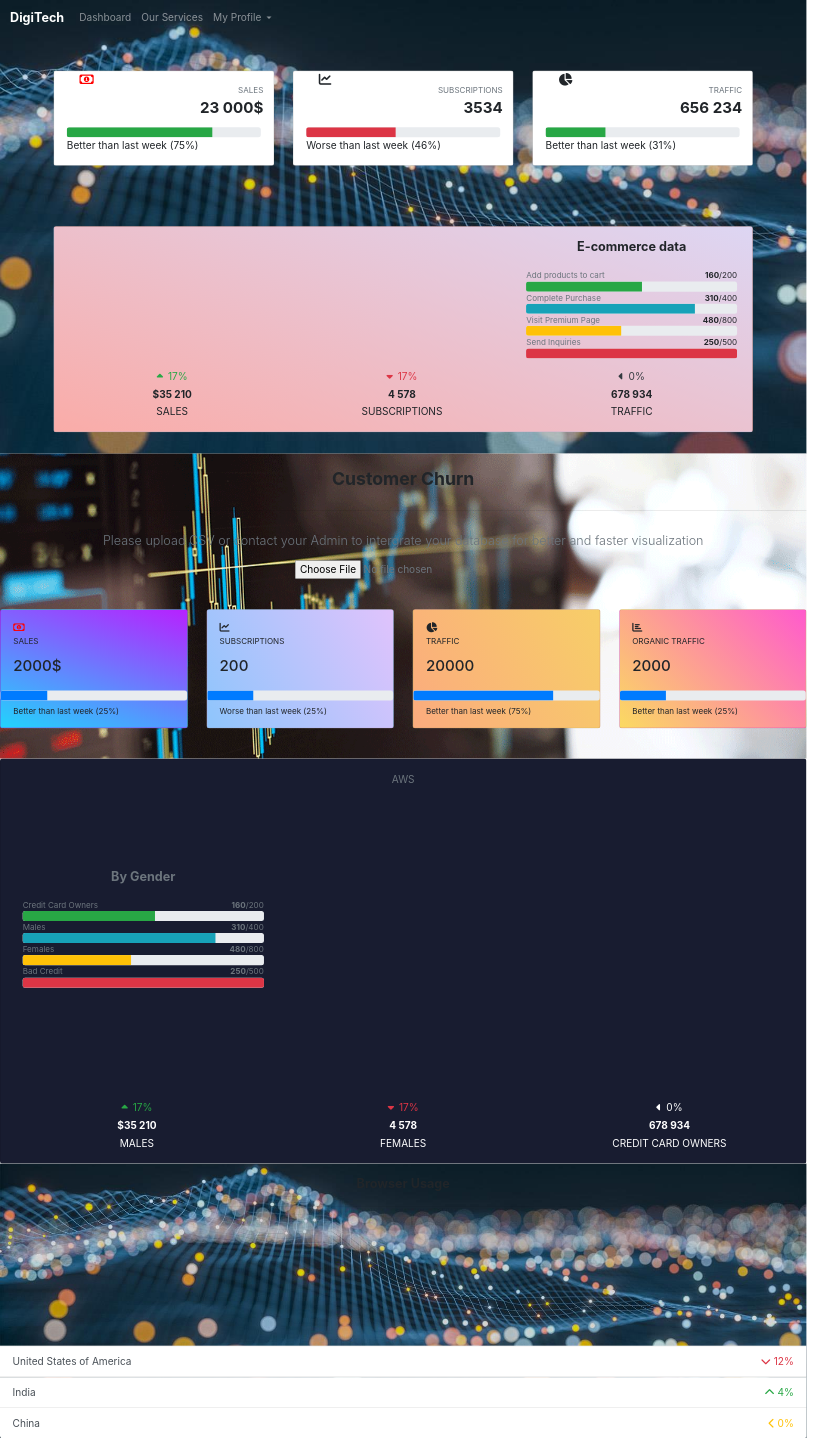
Repository: Tookliin/DigiTech
Page: /data
These files come from the project's save history. The page is drawn as it stood at one moment and after the next save; the edit follows.
The browser window is 1280 px wide. The page is 1295 px wide, so the pictures cover 1295 px, including what lies to the right of the window. The pictures show the whole page, at 63% of full size.
The project was rebuilt for these pictures with package versions that can differ from the ones it lists, and the page was loaded fresh each time. Also part of the build but not shown: src/components/Dashboard.vue, src/components/Profile.vue, src/components/Error.vue, src/components/Register.vue.

Above is the page before, as saved 2020-07-22 08:52:35.

### src/main.js
import Vue from 'vue';
import App from './App.vue';
import VueRouter from 'vue-router';
// import 'bootstrap-icons';
// import 'bootstrap-icons/icons';
import 'jquery';
import 'popper.js';
import 'bootstrap';
import 'bootstrap/dist/css/bootstrap.min.css';
import './assets/css/main.css';
import '@fortawesome/fontawesome-free/css/all.min.css';
import 'bootstrap-css-only/css/bootstrap.min.css';
import Dashboard from './components/Dashboard.vue';
import Profile from './components/Profile';
import Error from './components/Error.vue';
import Register from './components/Register.vue';
import Organization from './components/Organization.vue';

Vue.use(VueRouter);
Vue.config.productionTip = false

const router = new VueRouter({
routes: [
  {path: '/', component: Dashboard},
  {path: '/profile', component: Profile},
  {path: '/register', component: Register},
  {path: '/data', component: Organization},
  {path: '*', component: Error}
],
mode: 'history'
});
new Vue({
  router,
  render: h => h(App)
}).$mount('#app');

### src/App.vue
<template>
  <div id="app">
    <main class="">
  <nav class="navbar fixed-top navbar-expand-lg navbar-dark scrolling-navbar">
        <a class="navbar-brand" href="/"><strong>DigiTech</strong></a>
        <button class="navbar-toggler" type="button" data-toggle="collapse" data-target="#navbarSupportedContent" aria-controls="navbarSupportedContent" aria-expanded="false" aria-label="Toggle navigation">
            <span class="navbar-toggler-icon"></span>
        </button>
        <div class="collapse navbar-collapse" id="navbarSupportedContent">
            <ul class="navbar-nav mr-auto">
              <router-link to="/">
              <a class="nav-link">Dashboard <span class="sr-only">(current)</span></a></router-link>

                <router-link to="/profile">
                  <a class="nav-link" >Our Services</a>
                </router-link>


                 <li class="nav-item dropdown">
          <a class="nav-link dropdown-toggle" id="navbarDropdownMenuLink-4" data-toggle="dropdown" aria-haspopup="true"
            aria-expanded="false">
           My Profile
          </a>
          <div class="dropdown-menu dropdown-menu-right dropdown-info" aria-labelledby="navbarDropdownMenuLink-4">
             <router-link to="/data">
             <a class="dropdown-item">Account</a></router-link>

             <router-link to="/register">
             <a class="dropdown-item">Register</a></router-link>

             <router-link to="/logout">
             <a class="dropdown-item">Log out</a></router-link>



            <!-- <a class="dropdown-item" href="/data">Our Clients</a> -->
          </div>
        </li>
            </ul>
        </div>
    </nav>
    </main>
    <router-view/>
  </div>
</template>
<script>
export default {
  name: "App",
  components:{

  },
  data(){
    return{}
  }
}
</script>

### src/assets/css/main.css
html,
body,
header,
.view {
  height: 100%;
}

.navbar {
    background-color: transparent;
}

@media (max-width: 740px) {
  html,
  body,
  header,
  .view {
    height: 1200px;
  }
}
@media (min-width: 800px) and (max-width: 850px) {
  html,
  body,
  header,
  .view {
    height: 700px;
  }
}

.top-nav-collapse {
  background-color: #39448c !important;
}

.navbar:not(.top-nav-collapse) {
  background: transparent !important;
}

@media (max-width: 991px) {
 .navbar:not(.top-nav-collapse) {
  background: #39448c !important;
 }
}

.far{
    color: red;
}

.dashboard{
    background-color: #21D4FD;
background-image: -webkit-linear-gradient(19deg, #21D4FD 0%, #B721FF 100%);
background-image: -moz-linear-gradient(19deg, #21D4FD 0%, #B721FF 100%);
background-image: -o-linear-gradient(19deg, #21D4FD 0%, #B721FF 100%);
background-image: linear-gradient(19deg, #21D4FD 0%, #B721FF 100%);
}

.profile{
background-color: #D9AFD9;
background-image: -webkit-linear-gradient(0deg, #D9AFD9 0%, #97D9E1 100%);
background-image: -moz-linear-gradient(0deg, #D9AFD9 0%, #97D9E1 100%);
background-image: -o-linear-gradient(0deg, #D9AFD9 0%, #97D9E1 100%);
background-image: linear-gradient(0deg, #D9AFD9 0%, #97D9E1 100%);

}


 .data{
    /* background-color: #FAACA8;
background-image: -webkit-linear-gradient(19deg, #FAACA8 0%, #DDD6F3 100%);
background-image: -moz-linear-gradient(19deg, #FAACA8 0%, #DDD6F3 100%);
background-image: -o-linear-gradient(19deg, #FAACA8 0%, #DDD6F3 100%);
background-image: linear-gradient(19deg, #FAACA8 0%, #DDD6F3 100%); */
background-image: url("../images/dsa.jpg");
background-position: center;
background-size: cover;;

 }

 .client-card{
     background-color: #FAACA8;
background-image: -webkit-linear-gradient(19deg, #FAACA8 0%, #DDD6F3 100%);
background-image: -moz-linear-gradient(19deg, #FAACA8 0%, #DDD6F3 100%);
background-image: -o-linear-gradient(19deg, #FAACA8 0%, #DDD6F3 100%);
background-image: linear-gradient(19deg, #FAACA8 0%, #DDD6F3 100%);
 }

 .customer-churn{
     /* background-attachment: fixed; */
     background-image: url("../images/ad.gif");
     background-position: center;
     background-size: cover;;
 }
.sales{
    background-color: #21D4FD;
    background-image: -webkit-linear-gradient(19deg, #21D4FD 0%, #B721FF 100%);
    background-image: -moz-linear-gradient(19deg, #21D4FD 0%, #B721FF 100%);
    background-image: -o-linear-gradient(19deg, #21D4FD 0%, #B721FF 100%);
    background-image: linear-gradient(19deg, #21D4FD 0%, #B721FF 100%);
}

.subscription{
    background-color: #8EC5FC;
    background-image: -webkit-linear-gradient(62deg, #8EC5FC 0%, #E0C3FC 100%);
    background-image: -moz-linear-gradient(62deg, #8EC5FC 0%, #E0C3FC 100%);
    background-image: -o-linear-gradient(62deg, #8EC5FC 0%, #E0C3FC 100%);
    background-image: linear-gradient(62deg, #8EC5FC 0%, #E0C3FC 100%);

}

.traffic{
    background-color: #FBAB7E;
    background-image: -webkit-linear-gradient(62deg, #FBAB7E 0%, #F7CE68 100%);
    background-image: -moz-linear-gradient(62deg, #FBAB7E 0%, #F7CE68 100%);
    background-image: -o-linear-gradient(62deg, #FBAB7E 0%, #F7CE68 100%);
    background-image: linear-gradient(62deg, #FBAB7E 0%, #F7CE68 100%);

}

.organic{
    background-color: #FBDA61;
    background-image: -webkit-linear-gradient(45deg, #FBDA61 0%, #FF5ACD 100%);
    background-image: -moz-linear-gradient(45deg, #FBDA61 0%, #FF5ACD 100%);
    background-image: -o-linear-gradient(45deg, #FBDA61 0%, #FF5ACD 100%);
    background-image: linear-gradient(45deg, #FBDA61 0%, #FF5ACD 100%);

}

### src/components/Organization.vue
<template>

<div class="">
<div class="data" style="height: 100vh;">

<div class="container ">
    <div class="row">
      <div class="col-lg-4 col-md-12 py-5 my-5">
        <div class="card mt-3">

          <div class="">
            <i class="far fa-money-bill-alt fa-lg primary-color z-depth-2 p-4 ml-3 mt-n3 rounded text-black"></i>
            <div class="float-right text-right p-3">
              <p class="text-uppercase text-muted mb-1"><small>sales</small></p>
              <h4 class="font-weight-bold mb-0">23 000$</h4>
            </div>
          </div>

          <div class="card-body pt-0">
            <div class="progress md-progress">
              <div class="progress-bar bg-success" role="progressbar" style="width: 75%" aria-valuenow="75" aria-valuemin="0"
                aria-valuemax="100"></div>
            </div>
            <p class="card-text">Better than last week (75%)</p>
          </div>
        </div>
      </div>

      <div class="col-lg-4 col-md-6 my-5 py-5">
        <div class="card mt-3">
          <div class="">
            <i class="fas fa-chart-line fa-lg teal z-depth-2 p-4 ml-3 mt-n3 rounded text-black"></i>
            <div class="float-right text-right p-3">
              <p class="text-uppercase text-muted mb-1"><small>subscriptions</small></p>
              <h4 class="font-weight-bold mb-0">3534</h4>
            </div>
          </div>
          <div class="card-body pt-0">
            <div class="progress md-progress">
              <div class="progress-bar bg-danger" role="progressbar" style="width: 46%" aria-valuenow="46" aria-valuemin="0"
                aria-valuemax="100"></div>
            </div>
            <p class="card-text">Worse than last week (46%)</p>
          </div>
        </div>
      </div>

      <div class="col-lg-4 col-md-6 my-5 py-5">
        <div class="card mt-3">
          <div class="">
            <i class="fas fa-chart-pie fa-lg purple z-depth-2 p-4 ml-3 mt-n3 rounded text-black"></i>
            <div class="float-right text-right p-3">
              <p class="text-uppercase text-muted mb-1"><small>traffic</small></p>
              <h4 class="font-weight-bold mb-0">656 234</h4>
            </div>
          </div>
          <div class="card-body pt-0">
            <div class="progress md-progress">
              <div class="progress-bar bg-success" role="progressbar" style="width: 31%" aria-valuenow="31" aria-valuemin="0"
                aria-valuemax="100"></div>
            </div>
            <p class="card-text">Better than last week (31%)</p>
          </div>
        </div>
      </div>
    </div>


    <!-- Client Behaviour -->
 <section>
      <div class=" client-card card">
        <div class="card-body mr-md-1">
          <div class="row mb-3">
            <div class="col-md-8 mb-4">
              <canvas id="barChart" height="100"></canvas>
            </div>
            <div class="col-md-4 mb-1 mb-md-0">
              <h5 class="text-center font-weight-bold mb-4">E-commerce data</h5>
              <div class="d-flex justify-content-between">
                <small class="text-muted">Add products to cart</small>
                <small><span><strong>160</strong></span>/<span></span>200</small>
              </div>
              <div class="progress md-progress">
                <div class="progress-bar bg-success" role="progressbar" style="width: 55%" aria-valuenow="55"
                  aria-valuemin="0" aria-valuemax="100"></div>
              </div>
              <div class="d-flex justify-content-between">
                <small class="text-muted">Complete Purchase</small>
                <small><span><strong>310</strong></span>/<span></span>400</small>
              </div>
              <div class="progress md-progress">
                <div class="progress-bar bg-info" role="progressbar" style="width: 80%" aria-valuenow="80"
                  aria-valuemin="0" aria-valuemax="100"></div>
              </div>
              <div class="d-flex justify-content-between">
                <small class="text-muted">Visit Premium Page</small>
                <small><span><strong>480</strong></span>/<span></span>800</small>
              </div>
              <div class="progress md-progress">
                <div class="progress-bar bg-warning" role="progressbar" style="width: 45%" aria-valuenow="45"
                  aria-valuemin="0" aria-valuemax="100"></div>
              </div>
              <div class="d-flex justify-content-between">
                <small class="text-muted">Send Inquiries</small>
                <small><span><strong>250</strong></span>/<span></span>500</small>
              </div>
              <div class="progress md-progress">
                <div class="progress-bar bg-danger" role="progressbar" style="width: 100%" aria-valuenow="100"
                  aria-valuemin="0" aria-valuemax="100"></div>
              </div>
            </div>
          </div>
          <div class="row text-center">
            <div class="col-md-4 mb-4 mb-md-0">
              <p class="text-success mb-1"><i class="fas fa-caret-up mr-2"></i>17%</p>
              <p class="font-weight-bold mb-1">$35 210</p>
              <p class="text-uppercase mb-md-0">Sales</p>
            </div>
            <div class="col-md-4 mb-4 mb-md-0">
              <p class="text-danger mb-1"><i class="fas fa-caret-down mr-2"></i>17%</p>
              <p class="font-weight-bold mb-1">4 578</p>
              <p class="text-uppercase mb-md-0">Subscriptions</p>
            </div>
            <div class="col-md-4 mb-0">
              <p class="text-dark mb-1"><i class="fas fa-caret-left mr-2"></i>0%</p>
              <p class="font-weight-bold mb-1">678 934</p>
              <p class="text-uppercase mb-0">Traffic</p>
            </div>
          </div>
        </div>
      </div>
    </section>
    </div>
    </div>

<!-- Customer Churn -->
<section class=" customer-churn py-4">

    <h3 class="font-weight-bold text-center dark-grey-text pb-2">
        Customer Churn</h3>
    <hr class="w-header my-4">
    <p class="lead text-center text-muted pt-2 mb-3">Please upload CSV or contact your Admin to intergrate your database for better and faster visualization

    </p>
    <div class="text-center text-muted mb-5">
        <input type="file" name="form" id="form">
        <a class="primary-color"></a>
    </div>


    <div class="row white-text">
      <div class="col-xl-3 col-md-6 mb-4">
        <div class="sales card classic-admin-card primary-color">
          <div class="card-body py-3">
            <i class="far fa-money-bill-alt"></i>
            <p class="small">SALES</p>
            <h4>2000$</h4>
          </div>
          <div class="progress md-progress">
            <div class="progress-bar grey darken-3" role="progressbar" style="width: 25%" aria-valuenow="25" aria-valuemin="0" aria-valuemax="100"></div>
          </div>
          <div class="card-body pt-2 pb-3">
            <p class="small mb-0">Better than last week (25%)</p>
          </div>
        </div>
      </div>

      <div class="col-xl-3 col-md-6 mb-4">
        <div class="subscription card classic-admin-card warning-color">
          <div class="card-body py-3">
            <i class="fas fa-chart-line"></i>
            <p class="small">SUBSCRIPTIONS</p>
            <h4>200</h4>
          </div>
          <div class="progress md-progress">
            <div class="progress-bar bg grey darken-3" role="progressbar" style="width: 25%" aria-valuenow="25" aria-valuemin="0" aria-valuemax="100"></div>
          </div>
          <div class="card-body pt-2 pb-3">
            <p class="small mb-0">Worse than last week (25%)</p>
          </div>
        </div>
      </div>

      <div class="col-xl-3 col-md-6 mb-4">
        <div class="traffic card classic-admin-card light-blue lighten-1">
          <div class="card-body py-3">
            <i class="fas fa-chart-pie"></i>
            <p class="small">TRAFFIC</p>
            <h4>20000</h4>
          </div>
          <div class="progress md-progress">
            <div class="progress-bar grey darken-3" role="progressbar" style="width: 75%" aria-valuenow="75" aria-valuemin="0" aria-valuemax="100"></div>
          </div>
          <div class="card-body pt-2 pb-3">
            <p class="small mb-0">Better than last week (75%)</p>
          </div>
        </div>
      </div>

      <div class="col-xl-3 col-md-6 mb-4">
        <div class="organic card classic-admin-card red accent-2">
          <div class="card-body py-3">
            <i class="fas fa-chart-bar"></i>
            <p class="small">ORGANIC TRAFFIC</p>
            <h4>2000</h4>
          </div>
          <div class="progress md-progress">
            <div class="progress-bar grey darken-3" role="progressbar" style="width: 25%" aria-valuenow="25" aria-valuemin="0" aria-valuemax="100"></div>
          </div>
          <div class="card-body pt-2 pb-3">
            <p class="small mb-0">Better than last week (25%)</p>
          </div>
        </div>
      </div>
    </div>
  </section>


   <section>

    <div class="card" style="background-color: #181C30;">
      <div class="card-body">
            <div class="text-center text-muted mb-5">
                <a class="primary-color">AWS</a>

            <div class="col-md-6 mb-4">
              <canvas id="barChart" height="100"></canvas>
            </div>
            <div class="col-md-4 mb- ">
              <h5 class="text-center font-weight-bold mb-4">By Gender</h5>
              <div class="d-flex justify-content-between">
                <small class="text-muted">Credit Card Owners</small>
                <small><span><strong>160</strong></span>/<span></span>200</small>
              </div>
              <div class="progress md-progress">
                <div class="progress-bar bg-success" role="progressbar" style="width: 55%" aria-valuenow="55"
                  aria-valuemin="0" aria-valuemax="100"></div>
              </div>
              <div class="d-flex justify-content-between">
                <small class="text-muted">Males</small>
                <small><span><strong>310</strong></span>/<span></span>400</small>
              </div>
              <div class="progress md-progress">
                <div class="progress-bar bg-info" role="progressbar" style="width: 80%" aria-valuenow="80"
                  aria-valuemin="0" aria-valuemax="100"></div>
              </div>
              <div class="d-flex justify-content-between">
                <small class="text-muted">Females</small>
                <small><span><strong>480</strong></span>/<span></span>800</small>
              </div>
              <div class="progress md-progress">
                <div class="progress-bar bg-warning" role="progressbar" style="width: 45%" aria-valuenow="45"
                  aria-valuemin="0" aria-valuemax="100"></div>
              </div>
              <div class="d-flex justify-content-between">
                <small class="text-muted">Bad Credit</small>
                <small><span><strong>250</strong></span>/<span></span>500</small>
              </div>
              <div class="progress md-progress">
                <div class="progress-bar bg-danger" role="progressbar" style="width: 100%" aria-valuenow="100"
                  aria-valuemin="0" aria-valuemax="100"></div>
              </div>

          </div>



                </div>



        <canvas id="lineChart" class="mb-4" height="100"></canvas>

        <!--Grid row-->
        <div class="row text-center text-white">


          <!--Grid column-->
          <div class="col-md-4 mb-4 mb-md-0">

            <p class="text-success mb-1"><i class="fas fa-caret-up mr-2"></i>17%</p>
            <p class="font-weight-bold mb-1">$35 210</p>
            <p class="text-uppercase mb-md-0">Males</p>

          </div>
          <!--Grid column-->

          <!--Grid column-->
          <div class="col-md-4 mb-4 mb-md-0">

            <p class="text-danger mb-1"><i class="fas fa-caret-down mr-2"></i>17%</p>
            <p class="font-weight-bold mb-1">4 578</p>
            <p class="text-uppercase mb-md-0">Females</p>

          </div>
          <!--Grid column-->

          <!--Grid column-->
          <div class="col-md-4 mb-0">

            <p class="text-grey mb-1"><i class="fas fa-caret-left mr-2"></i>0%</p>
            <p class="font-weight-bold mb-1">678 934</p>
            <p class="text-uppercase mb-0">Credit Card Owners</p>
          </div>
        </div>

      </div>
    </div>
  </section>
 <section>

    <div class="data">
      <div class="card-body px-0 pb-0">

        <h5 class="text-center font-weight-bold mb-4">Browser Usage</h5>

        <hr>

        <!--Grid row-->
        <div class="row mt-3 pt-3">

          <!--Grid column-->
          <div class="col-md-6 mb-4 mb-md-0 mx-auto">

            <canvas id="doughnutChart"></canvas>

          </div>
          <!--Grid column-->

          <!--Grid column-->
          <div class="col-12 pt-4 mt-2 mb-4 mb-md-0 mx-auto">

            <div class="list-group">
              <a href="#!" class="list-group-item list-group-item-action rounded-0 border-left-0 border-right-0 d-flex justify-content-between align-items-center">United States of America
                <span class="text-danger"><i class="fas fa-chevron-down"></i> 12%</span>
              </a>
              <a href="#!" class="list-group-item list-group-item-action rounded-0 border-left-0 border-right-0 d-flex justify-content-between align-items-center">India
                <span class="text-success"><i class="fas fa-chevron-up"></i> 4%</span>
              </a>
              <a href="#!" class="list-group-item list-group-item-action border-bottom-0 border-left-0 border-right-0 rounded-bottom-left rounded-bottom-right d-flex justify-content-between align-items-center">China
                <span class="text-warning"><i class="fas fa-chevron-left"></i> 0%</span>
              </a>
            </div>

          </div>
          <!--Grid column-->

        </div>
        <!--Grid row-->

      </div>
    </div>

  </section>


    </div>
</template>
<script>
export default {
    name: 'Profile',
    props:{


    }, data() {
        return {
            male: 8137,
            labels: ["Red", "Blue", "Yellow", "Green", "Purple", "Orange"],




        }
    },
    mounted() {

    this.ctxB = document.getElementById("barChart").getContext('2d');
    this.myBarChart =  {
      type: 'bar',
      data: {
        labels: ["Red", "Blue", "Yellow", "Green", "Purple", "Orange"],
        datasets: [{
          label: '# of Votes',
          data: [12, 19, 3, 5, 2, 3],
          backgroundColor: [
            'rgba(255, 99, 132, 0.2)',
            'rgba(54, 162, 235, 0.2)',
            'rgba(255, 206, 86, 0.2)',
            'rgba(75, 192, 192, 0.2)',
            'rgba(153, 102, 255, 0.2)',
            'rgba(255, 159, 64, 0.2)'
          ],
          borderColor: [
            'rgba(255,99,132,1)',
            'rgba(54, 162, 235, 1)',
            'rgba(255, 206, 86, 1)',
            'rgba(75, 192, 192, 1)',
            'rgba(153, 102, 255, 1)',
            'rgba(255, 159, 64, 1)'
          ],
          borderWidth: 1
        }]
      },
      options: {
        scales: {
          yAxes: [{
            ticks: {
              beginAtZero: true
            }
          }]
        }
      }
    };
    },
    methods: {

    },
}
</script>

Loaded but not shown: public/index.html (common file)

After the next save:
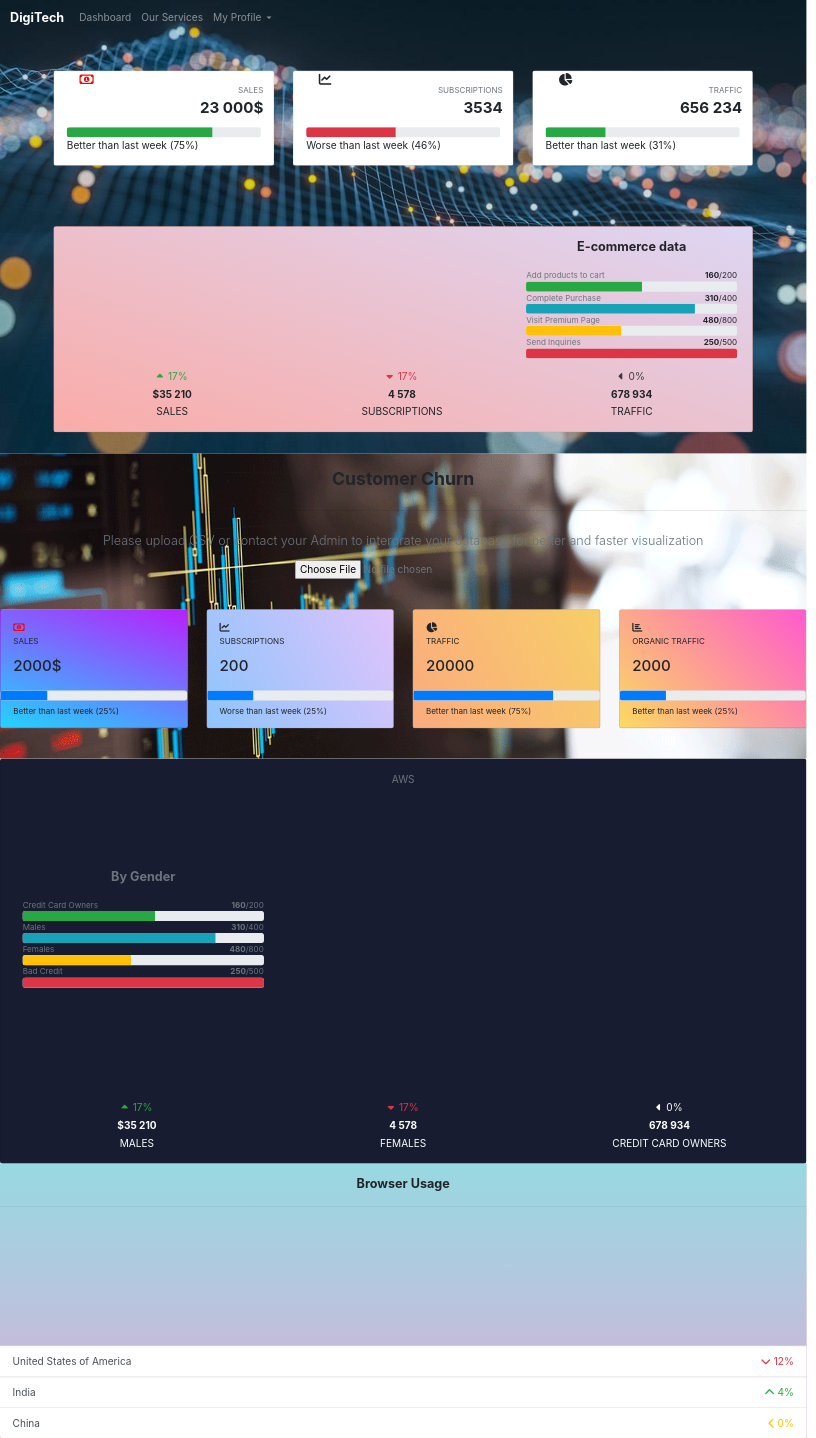
Saved 14 s later.
--- a/src/components/Organization.vue
+++ b/src/components/Organization.vue
@@ -309,7 +309,7 @@
   </section>
  <section>
 
-    <div class="data">
+    <div class="profile">
       <div class="card-body px-0 pb-0">
 
         <h5 class="text-center font-weight-bold mb-4">Browser Usage</h5>
